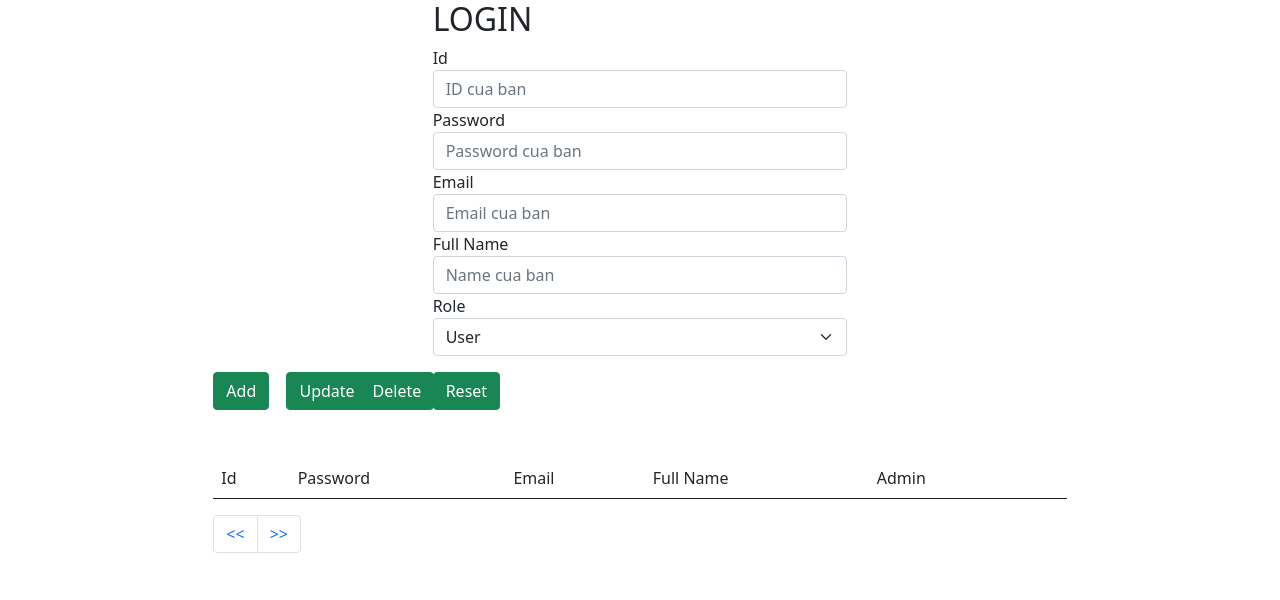
Repository: kiennd3921/AssJava4
Page: http://localhost/Assignment/view/auth/index.jsp
These files come from the project's save history. The page is drawn as it stood at one moment and after the next save; the edit follows.
The browser window is 1280 px wide. The pictures show the whole page.
The page is served by Tomcat 9. Other server files are loaded and not shown. The template is opened directly, without the code that normally fills it, so the values that code supplies are empty.

Above is the page before, as saved 2021-04-17 17:45:41.

### PT15307-UD/Assignment/WebContent/view/auth/index.jsp
<%@ page language="java" contentType="text/html; charset=UTF-8"
	pageEncoding="UTF-8"%>
<!DOCTYPE html>
<html>
<head>
<meta charset="UTF-8">
<title>QL Users</title>
<%@ taglib uri="http://java.sun.com/jstl/core_rt" prefix="c"%>
<link
	href="https://cdn.jsdelivr.net/npm/bootstrap@5.0.0-beta2/dist/css/bootstrap.min.css"
	rel="stylesheet"
	integrity="sha384-BmbxuPwQa2lc/FVzBcNJ7UAyJxM6wuqIj61tLrc4wSX0szH/Ev+nYRRuWlolflfl"
	crossorigin="anonymous">
</head>
<body>
	<div class="col-8 offset-2">
		<div class="row col-mb-3">
			<form action="${user}" method="post" class="col-6 offset-3">
				<h2>LOGIN</h2>
				<div class="form-group">
					<label>Id</label> <input type="text" name="id" value="${user.id}" class="form-control"
						placeholder="ID cua ban" required name="">
				</div>
				<div class="form-group">
					<label>Password</label> <input type="password" name="password" value="${user.password}" class="form-control"
						placeholder="Password cua ban" required name="">
				</div>
				<div class="form-group">
					<label>Email</label> <input type="email" name="email" value="${user.email}" class="form-control"
						placeholder="Email cua ban" required name="">
				</div>

				<div class="form-group">
					<label>Full Name</label> <input type="text" name="fullname" value="${user.fullname}" class="form-control"
						placeholder="Name cua ban" required name="">
				</div>
				<div>
					<label>Role</label> <select class="form-select" id="role"
						name="role">
						<option ${ user.role == 1 ? "selected" : "" } value="1">User</option>
						<option ${ user.role == 0 ? "selected" : "" } value="2">Admin</option>
					</select>
				</div>
			</form>
		</div>


		<div class="mt-3 row">
			<div class="col-md-1">
				<button class="btn btn-success">Add</button>
			</div>
			<div class="col-md-1">
				<button class="btn btn-success">Update</button>
			</div>
			<div class="col-md-1">
				<button class="btn btn-success">Delete</button>
			</div>
			<div class="col-md-1">
				<button class="btn btn-success">Reset</button>
			</div>

		</div>
		<div class="mt-5 table-responsive">
			<table class="table table-striped">
				<thead>
					<tr>
						<td>Id</td>
						<td>Password</td>
						<td>Email</td>
						<td>Full Name</td>
						<td>Admin</td>
						<td></td>
					</tr>
				</thead>
				<tbody>
					<c:forEach var="user" items="${ listUser }">
						<tr>
							<td>${ user.id }</td>
							<td>${ user.password }</td>
							<td>${ user.email }</td>
							<td>${ user.fullname }</td>
							<td>${ user.admin }</td>
							<td><a href="${user }/edit?id=${ user.id }"
								class="btn btn-primary">Edit</a></td>
						</tr>
					</c:forEach>
				</tbody>
			</table>

			<ul class="pagination">
				<li class="page-item"><a class="page-link"
					href="/PT15307-UD/users?page=${ page - 1 }"> << </a></li>
				<li class="page-item"><a class="page-link"
					href="/PT15307-UD/users?page=${ page + 1 }"> >> </a></li>
			</ul>
		</div>
	</div>
</body>
</html>

After the next save:
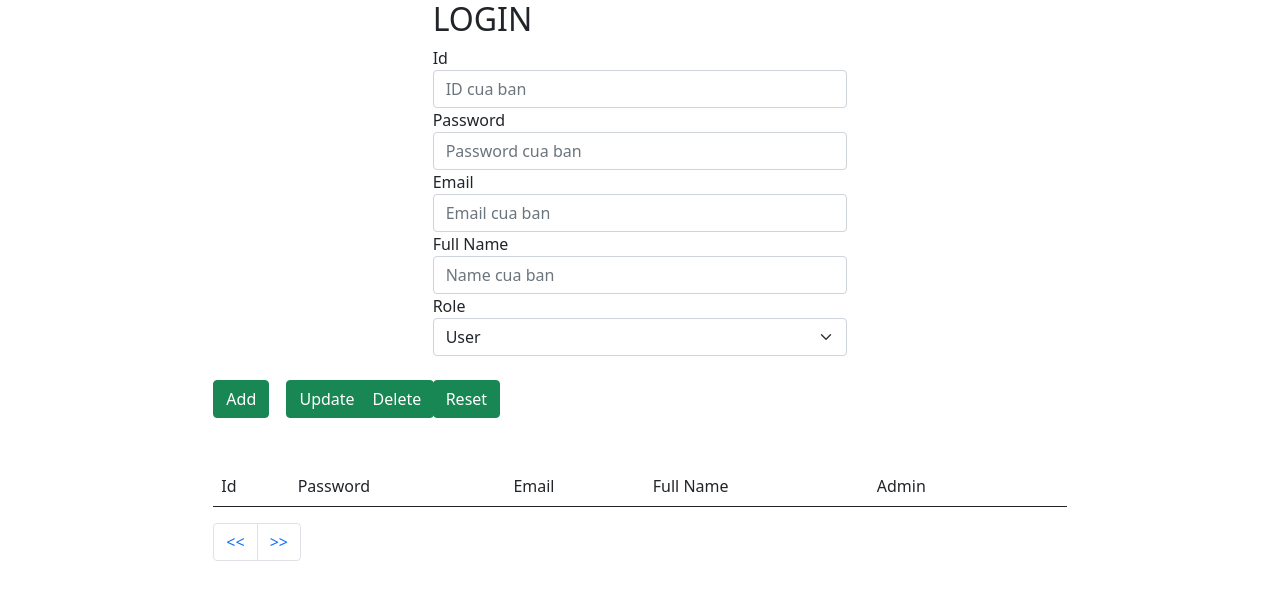
Saved 48 s later.
--- a/PT15307-UD/Assignment/WebContent/view/auth/index.jsp
+++ b/PT15307-UD/Assignment/WebContent/view/auth/index.jsp
@@ -45,7 +45,7 @@
 		</div>
 
 
-		<div class="mt-3 row">
+		<div class="mt-4 row">
 			<div class="col-md-1">
 				<button class="btn btn-success">Add</button>
 			</div>
